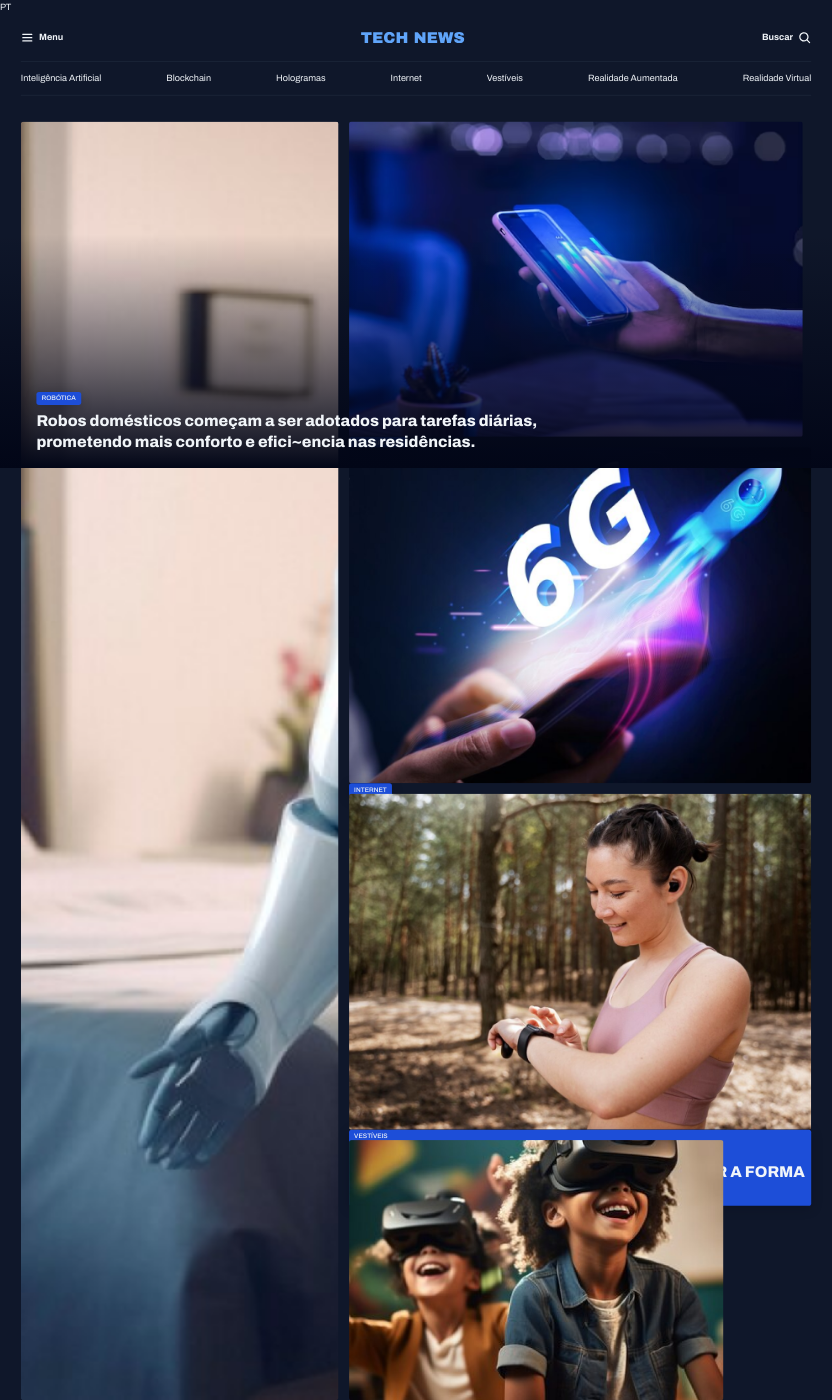
Repository: JeffRodFer/portalDeNoticias
Page: index.html
These files come from the project's save history. The page is drawn as it stood at one moment and after a run of saves; the edit follows.
The browser window is 1280 px wide. The pictures show the whole page, at 65% of full size.

Above is the page before, as saved 2025-04-15 21:58:53.

After the next 2 saves:
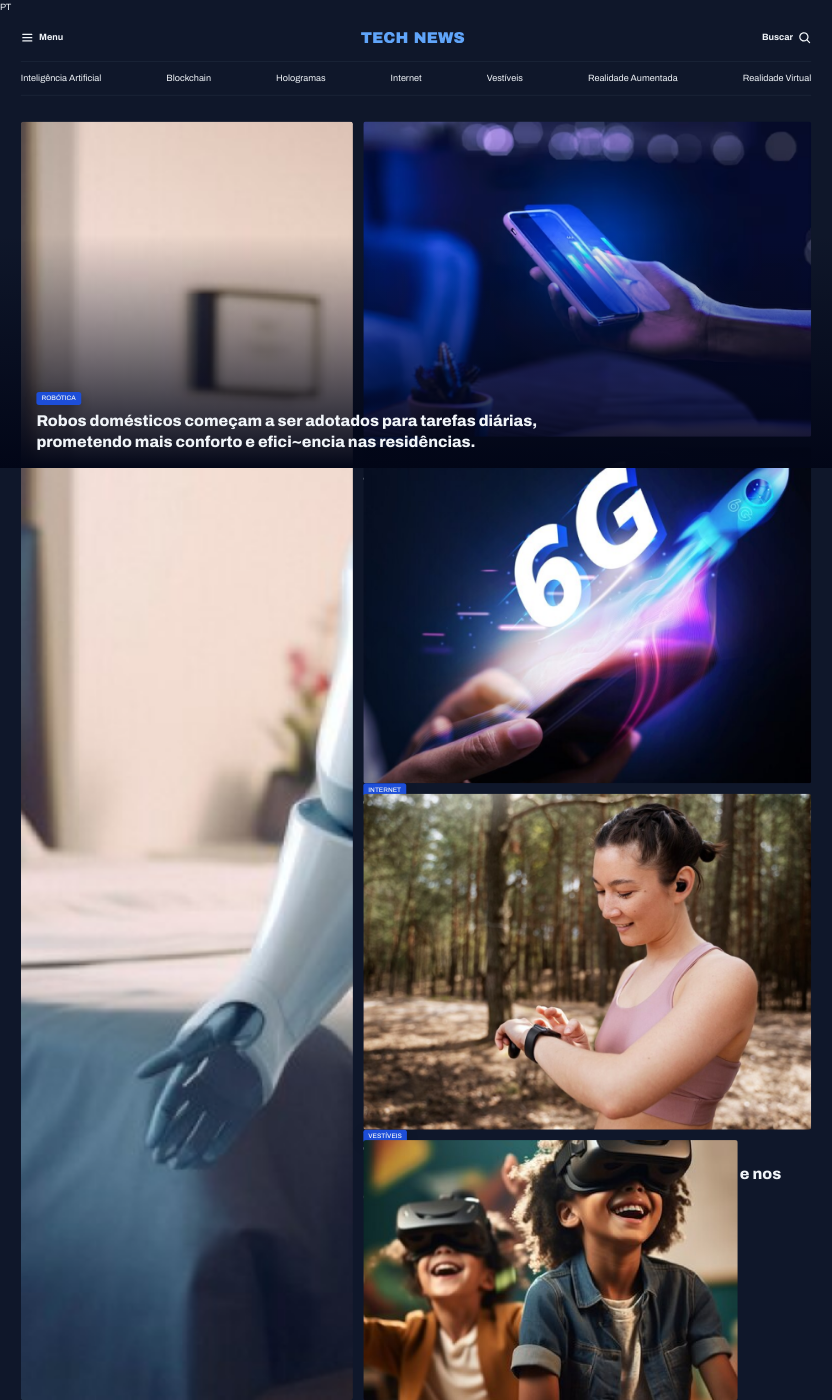
The 2 saves are shown as one change because they came seconds apart.
The last was saved 5 s later.
--- a/index.html
+++ b/index.html
@@ -73,7 +73,7 @@ PT<!DOCTYPE html>
           <img src="assets/images/Image 04.png" alt="">
 
           <figcaption>
-            <span class="content-tag">Vestíveis
+            <span class="content-tag">Vestíveis</span>
             <h2 class="text-2xl">
             Tecnologia 3D chega as metropoles brasileiras, prometendo revolucionar a forma como vivemos e nos comunicamos.
             </h2>
